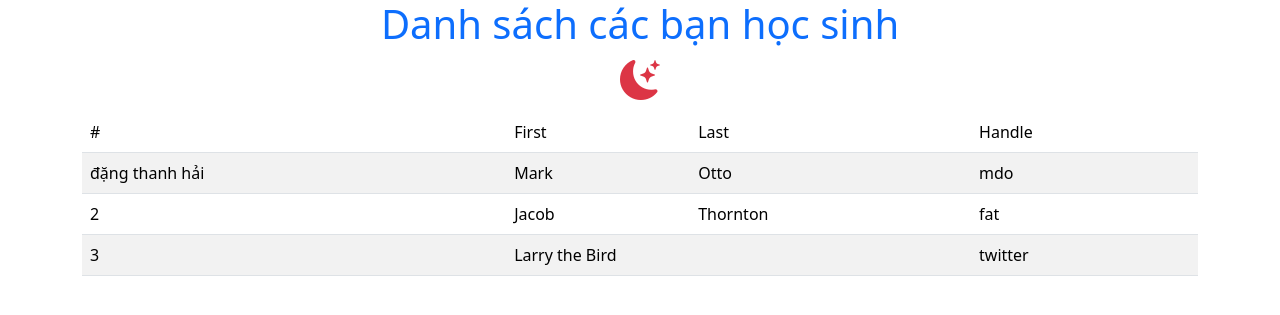
Repository: danghoanghai2k2/BeginAnguLar
Page: / (app in FirstAnGuLar/)
The author's editor kept a copy of each file at every save. The page is drawn from the files as they stood at one save, then again after the next save.
The browser window is 1280 px wide. The pictures show the whole page.
The project was rebuilt for these pictures with package versions that can differ from the ones it lists, and the page was loaded fresh each time. Also part of the build but not shown: FirstAnGuLar/angular.json.

Above is the page before, as saved 2024-06-06 17:02:16.

After the next save:
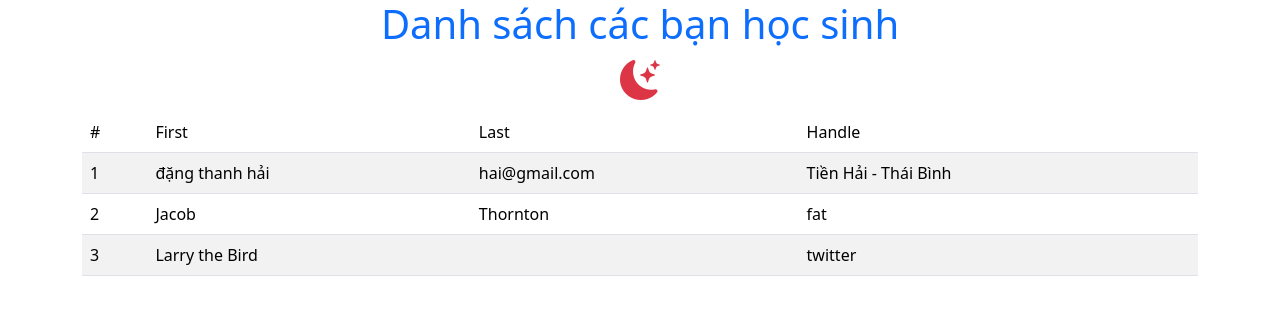
Saved 64 s later.
--- a/FirstAnGuLar/src/app/app.component.html
+++ b/FirstAnGuLar/src/app/app.component.html
@@ -14,10 +14,10 @@
         </thead>
         <tbody>
           <tr>
-            <th scope="row">{{nguoiDung.name}}</th>
-            <td>Mark</td>
-            <td>Otto</td>
-            <td>mdo</td>
+            <th scope="row">{{nguoiDung.id}}</th>
+            <td>{{nguoiDung.name}}</td>
+            <td>{{nguoiDung.email}}</td>
+            <td>{{nguoiDung.address}}</td>
           </tr>
           <tr>
             <th scope="row">2</th>
